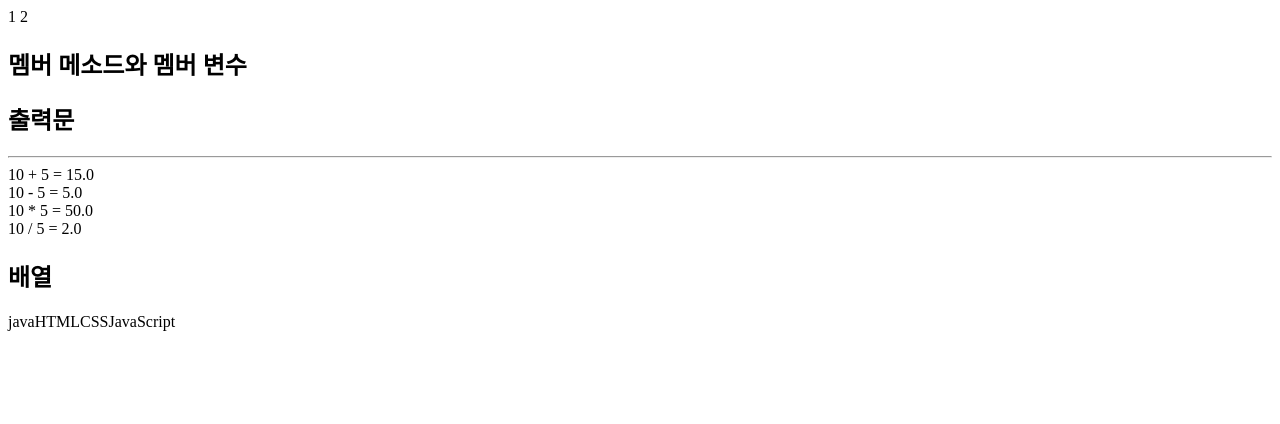
Repository: tldnwkd/jspclass2026
Page: http://localhost/chapter01/test04.jsp
An editor plug-in stored every save of this project. The page is shown before and after the next save, followed by the edit.
The browser window is 1280 px wide. The pictures show the whole page.
The page is served by Tomcat 9.

Above is the page before, as saved 2026-10-16 03:11:08.

After the next save:
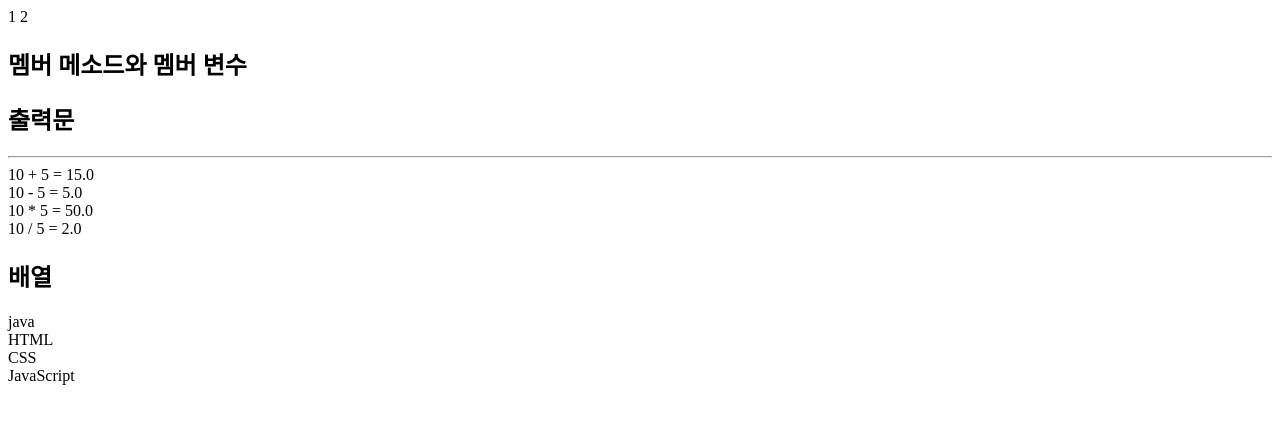
Saved 10 s later.
--- a/chapter01/src/main/webapp/test04.jsp
+++ b/chapter01/src/main/webapp/test04.jsp
@@ -46,7 +46,7 @@
  	String arr[] = {"java","HTML","CSS","JavaScript"};
  	for(int j=0; j<arr.length; j++){
  		/* 표현식 스크립트릿을 사용하지 않고 브라우저로 출력하는 방법 */
- 		out.print(arr[j]);
+ 		out.print(arr[j]+"<br/>");
  	}
  %>
 </body>
